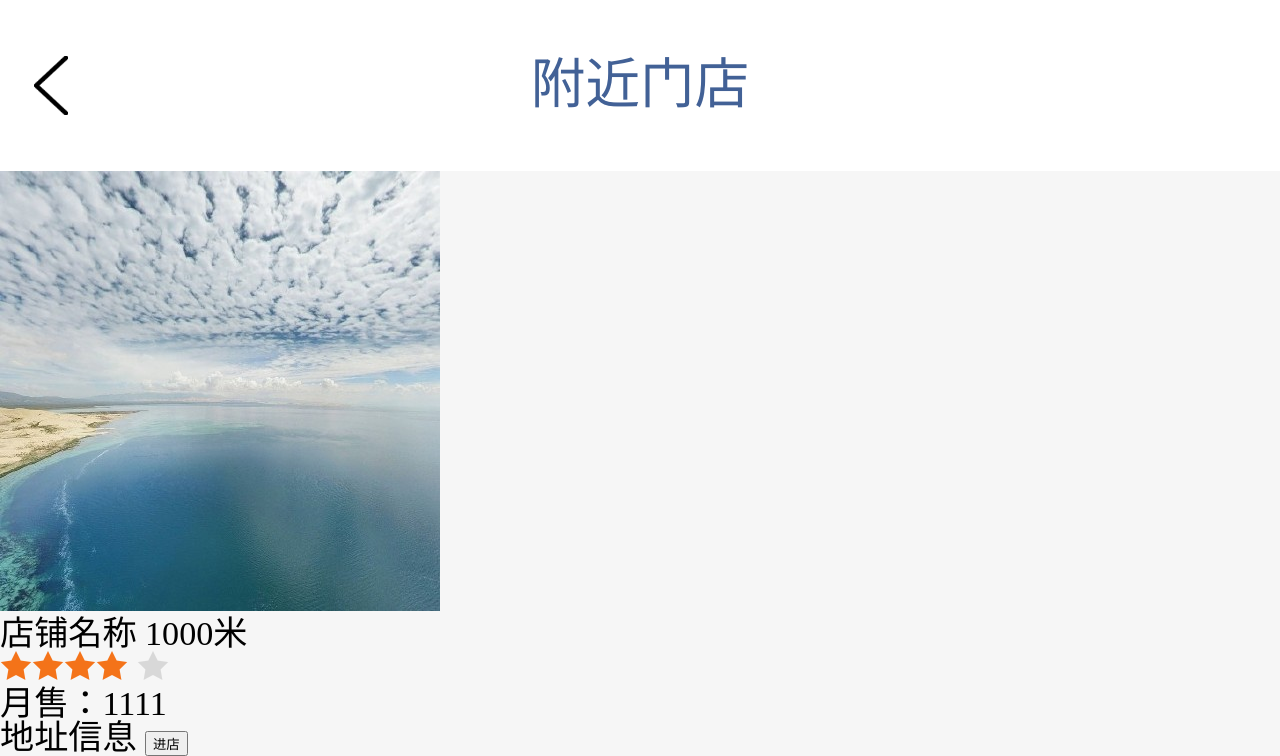
Repository: 421538074/sell
Page: consumer/nearby-shops.html
An editor plug-in stored every save of this project. The page is shown before and after the next save, followed by the edit.
The browser window is 1280 px wide. The pictures show the whole page.

Above is the page before, as saved 2019-06-03 10:17:32.

After the next save:
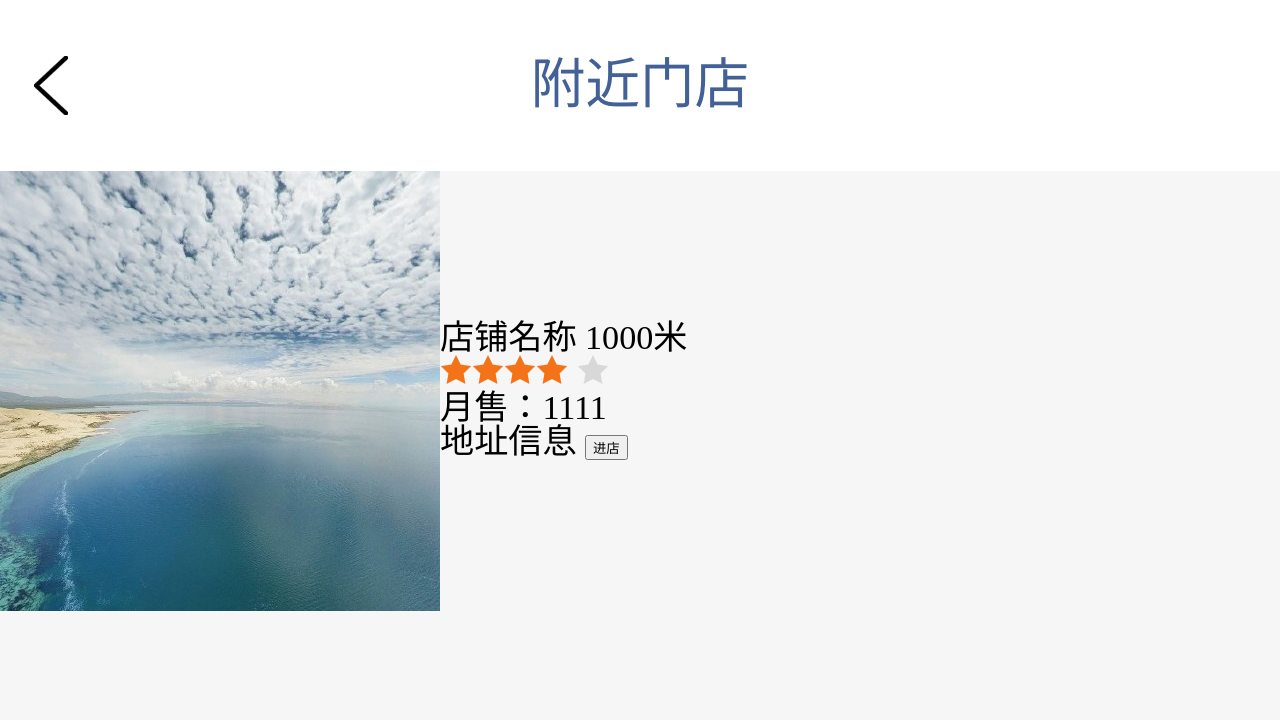
Saved 87 s later.
--- a/consumer/css/nearby-shops.css
+++ b/consumer/css/nearby-shops.css
@@ -1,3 +1,7 @@
 div.content{
     padding-top: 5rem;
 }
+li.nearby-shops-item {
+    display: flex;
+    align-items: center;
+}
